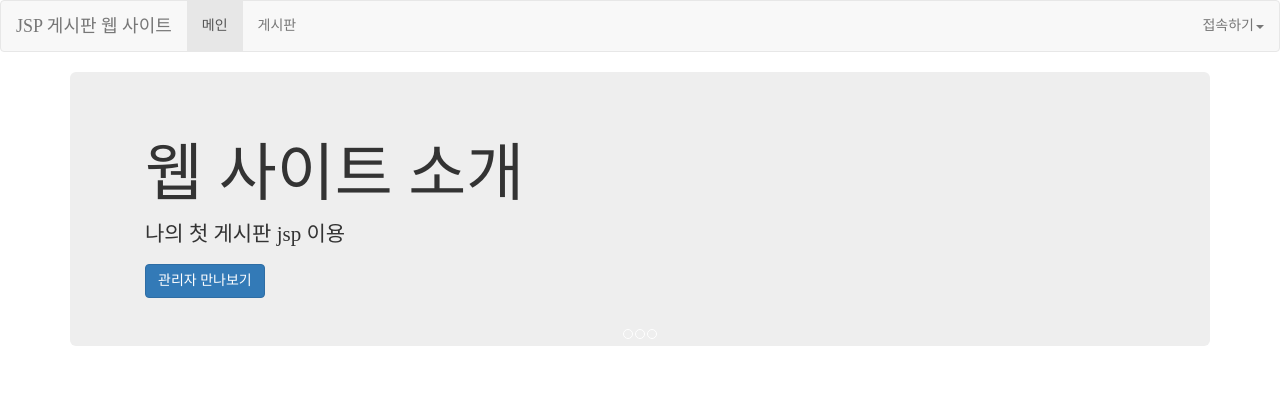
Repository: JoYuKang/Clone_Code
Page: http://localhost/BBS/main.jsp
These files come from the project's save history. The page is drawn as it stood at one moment and after the next save; the edit follows.
The browser window is 1280 px wide. The pictures show the whole page.
Some web fonts or font styles are not loaded; a fallback is used. Some web libraries are served in a nearby version. The page is served by Tomcat 9.

Above is the page before, as saved 2021-01-23 15:54:14.

After the next save:
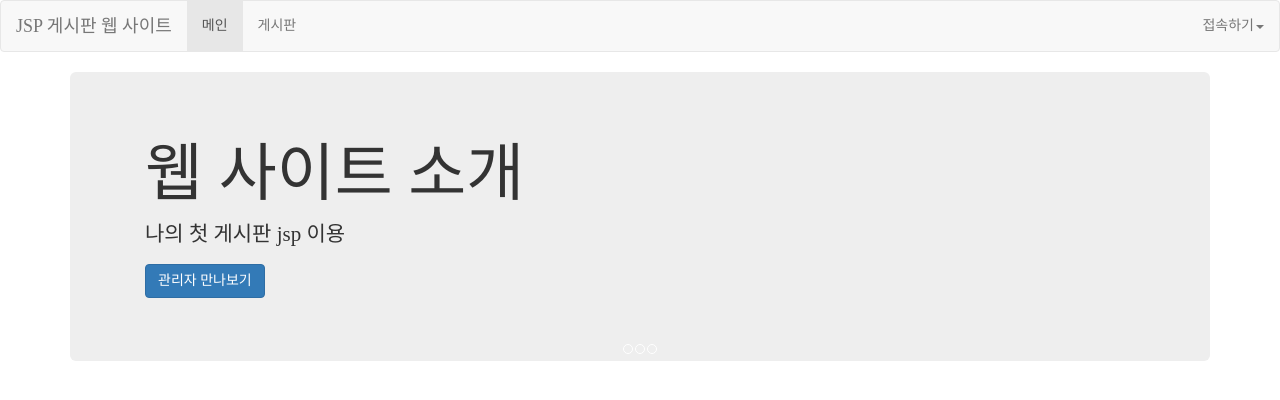
Saved 52 s later.
--- a/게시판/project/BBS/WebContent/main.jsp
+++ b/게시판/project/BBS/WebContent/main.jsp
@@ -68,7 +68,7 @@
 			<div class="container">
 				<h1>웹 사이트 소개</h1>
 				<p> 나의 첫 게시판 jsp 이용</p>
-				<a class="btn btn-primary btn-pull" href="https://github.com/JoYuKang" role="button">관리자 만나보기</a>
+				<p><a class="btn btn-primary btn-pull" href="https://github.com/JoYuKang" role="button">관리자 만나보기</a></p>
 			</div>
 		</div>
 	</div>
@@ -84,6 +84,7 @@
 	</div>
 
 
+
 	<script src="http://code.jquery.com/jquery-3.1.1.min.js"></script>
 	<script src="js/bootstrap.js"></script>
 </body>
